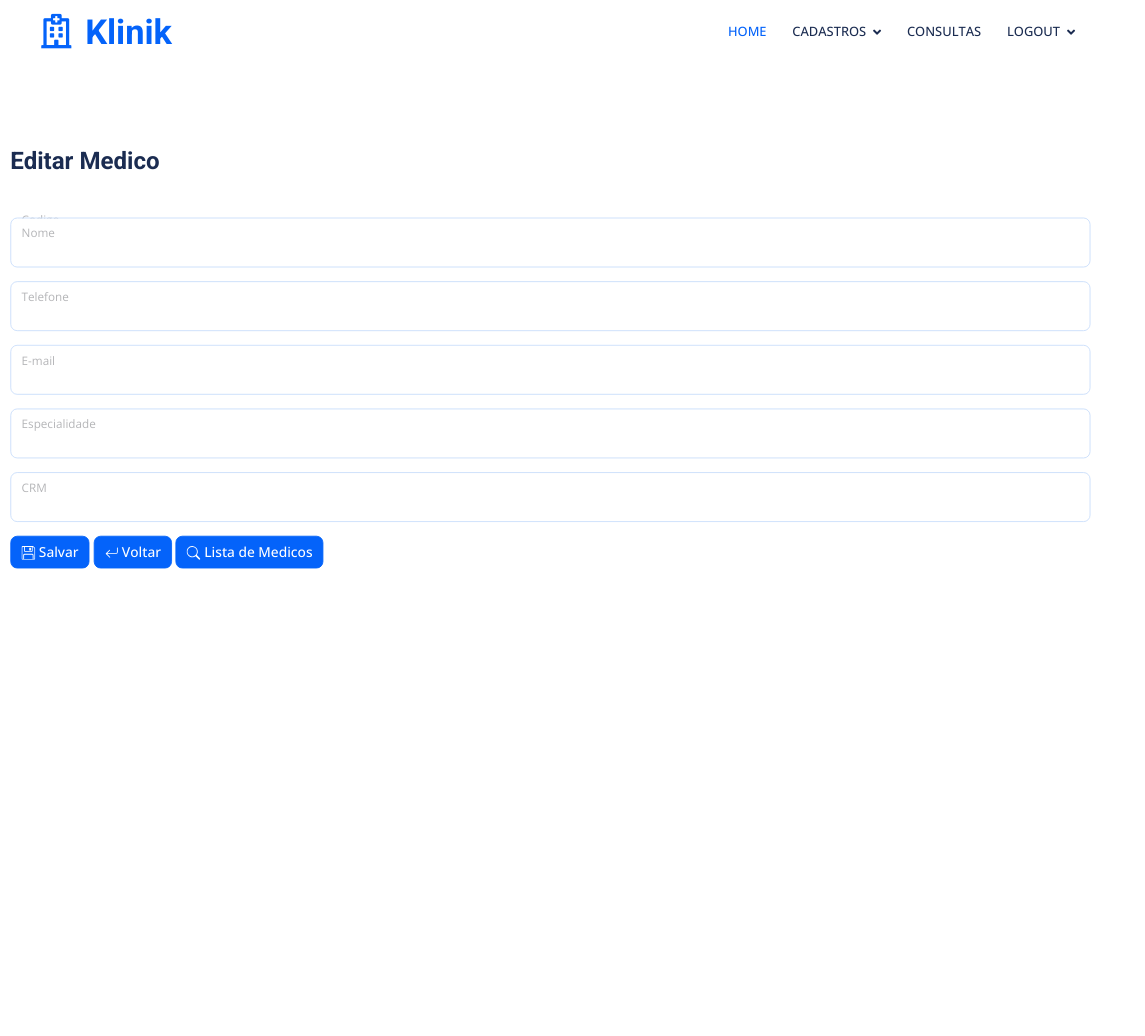
Repository: henrickrufino91/AgendaConsultas
Page: http://localhost/medico/editarMedico
An editor plug-in stored every save of this project. The page is shown before and after the next save, followed by the edit.
The browser window is 1280 px wide. The page is 1331 px wide, so the pictures cover 1331 px, including what lies to the right of the window. The pictures show the whole page, at 86% of full size.
Some web libraries are served in a nearby version. The page is this project's Thymeleaf template; nobody is signed in. The template is opened directly, without the code that normally fills it, so the values that code supplies are empty.

Above is the page before, as saved 2024-12-27 18:30:53.

After the next save:
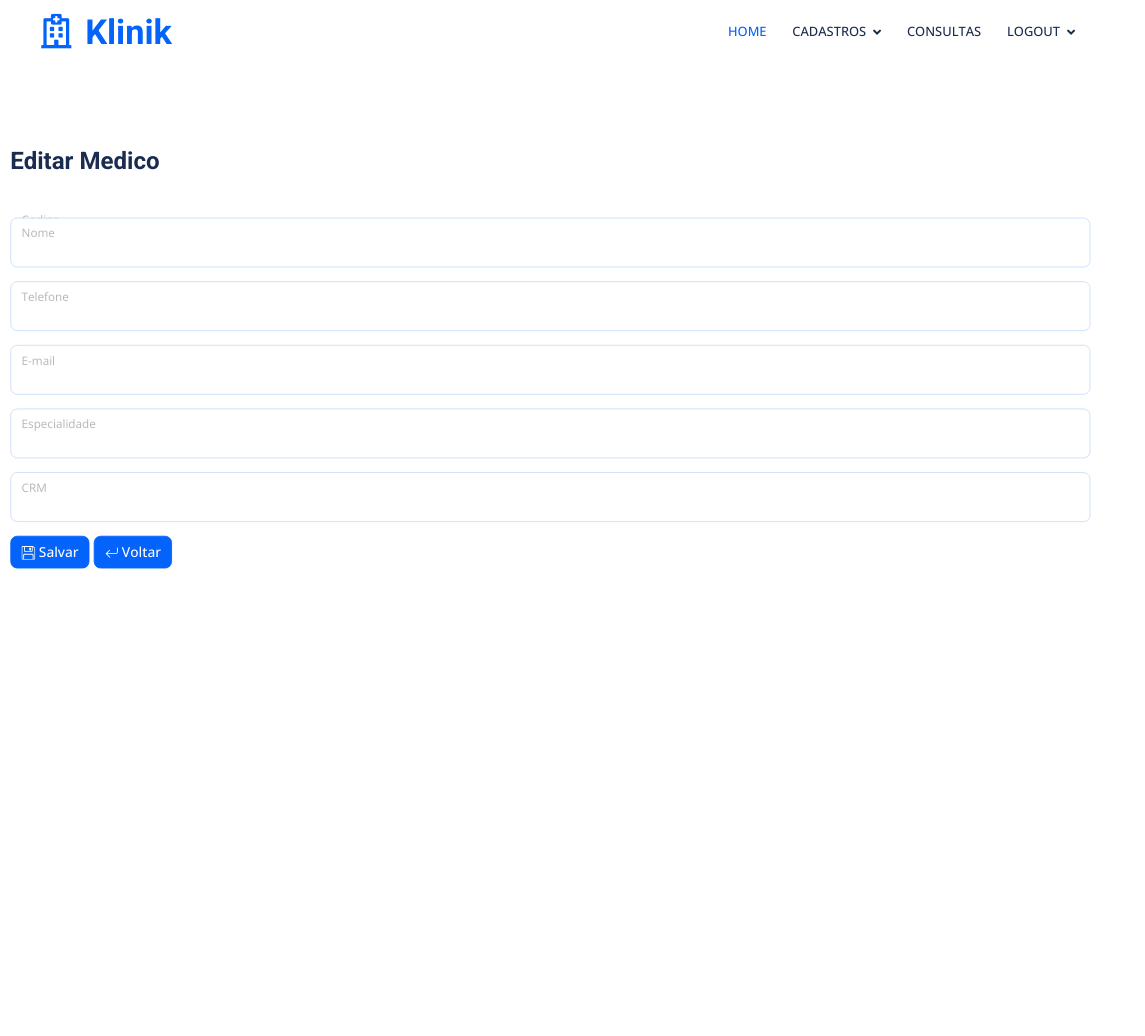
Saved 21 s later.
--- a/clinica/src/main/resources/templates/medico/editarMedico.html
+++ b/clinica/src/main/resources/templates/medico/editarMedico.html
@@ -150,13 +150,10 @@
 											</svg>  Salvar</button>
 
 
-                                            <a class="btn btn-primary" th:href="@{/index}"><svg xmlns="http://www.w3.org/2000/svg" width="16" height="16" fill="currentColor" class="bi bi-arrow-return-left" viewBox="0 0 16 16">
+                                            <a class="btn btn-primary" th:href="@{/listarMedicos}"><svg xmlns="http://www.w3.org/2000/svg" width="16" height="16" fill="currentColor" class="bi bi-arrow-return-left" viewBox="0 0 16 16">
   											<path fill-rule="evenodd" d="M14.5 1.5a.5.5 0 0 1 .5.5v4.8a2.5 2.5 0 0 1-2.5 2.5H2.707l3.347 3.346a.5.5 0 0 1-.708.708l-4.2-4.2a.5.5 0 0 1 0-.708l4-4a.5.5 0 1 1 .708.708L2.707 8.3H12.5A1.5 1.5 0 0 0 14 6.8V2a.5.5 0 0 1 .5-.5"/>
 											</svg> Voltar</a>
 
-                                            <a class="btn btn-primary" th:href="@{/listarMedicos}"><svg xmlns="http://www.w3.org/2000/svg" width="16" height="16" fill="currentColor" class="bi bi-search" viewBox="0 0 16 16">
-  											<path d="M11.742 10.344a6.5 6.5 0 1 0-1.397 1.398h-.001q.044.06.098.115l3.85 3.85a1 1 0 0 0 1.415-1.414l-3.85-3.85a1 1 0 0 0-.115-.1zM12 6.5a5.5 5.5 0 1 1-11 0 5.5 5.5 0 0 1 11 0"/>
-											</svg> Lista de Medicos</a>
 
 
 
